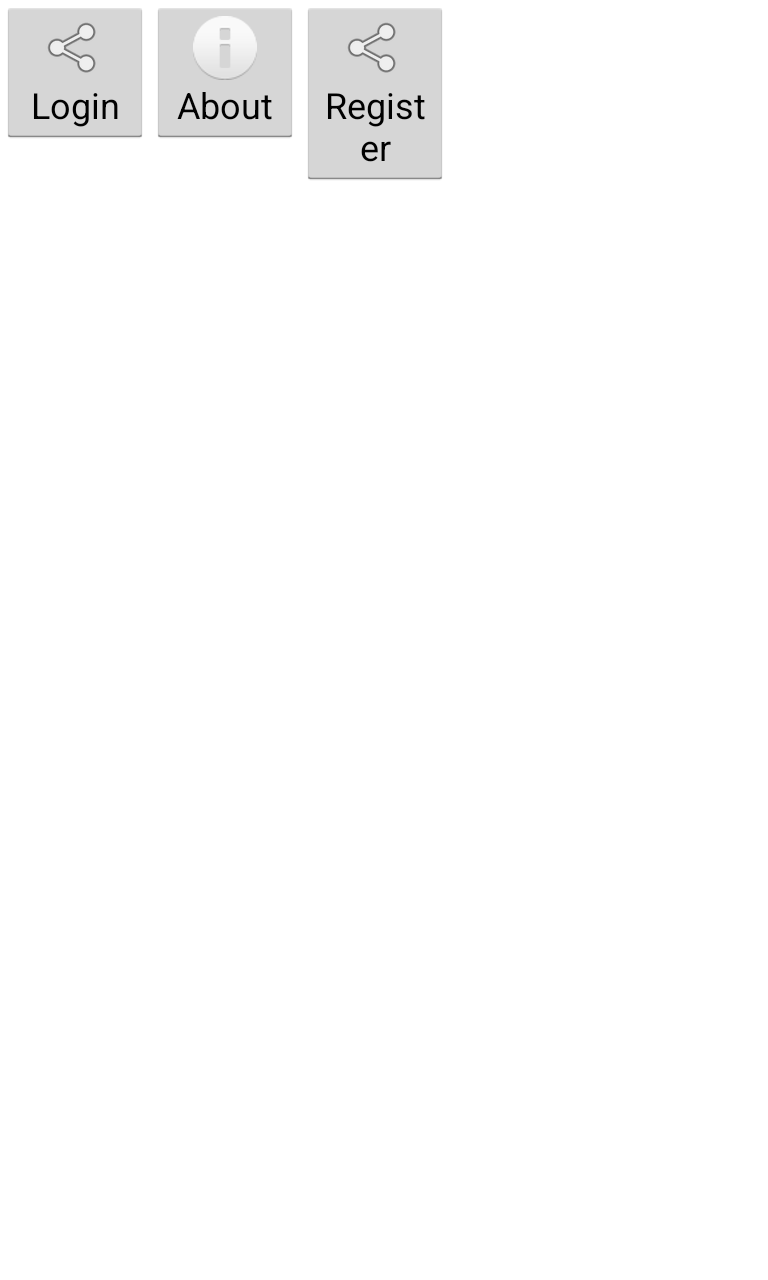
Repository: njiiriJohnii/Android-projects
Layout: basicfragments/res/layout/activity_main.xml
These files come from the project's save history. The layout is drawn as it stood at one moment and after the next save; the edit follows.
It is drawn on a 768 x 1280 px phone screen (xhdpi) without system bars, with theme AppTheme; the app's code is not run.

Above is the layout before, as saved 2014-06-16 19:23:39.

After the next save:
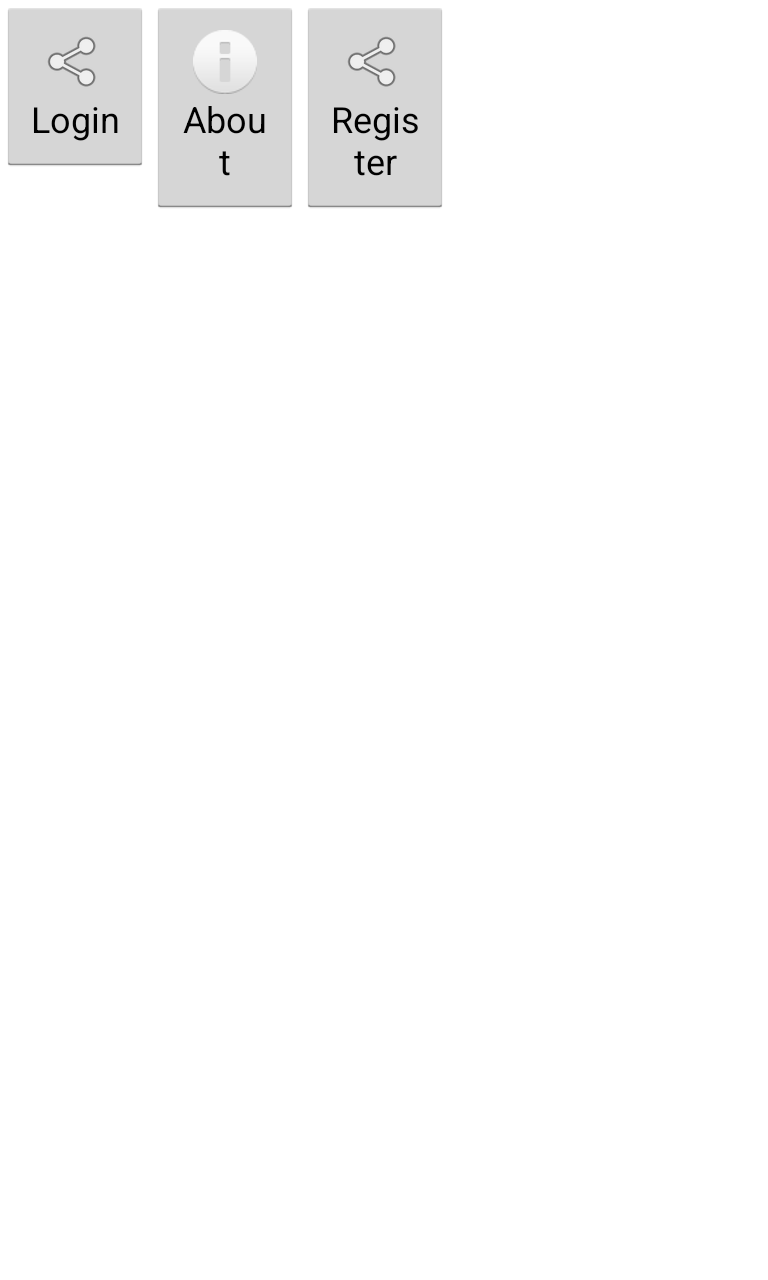
Saved 2 days later.
--- a/basicfragments/res/layout/activity_main.xml
+++ b/basicfragments/res/layout/activity_main.xml
@@ -7,6 +7,7 @@
     <Button
         android:id="@+id/btnlogin"
         android:layout_width="150px"
+        android:padding="15dip"
         android:layout_height="wrap_content"
         android:drawableTop="@android:drawable/ic_menu_share"
         android:onClick="clicked"
@@ -15,6 +16,7 @@
     <Button
         android:id="@+id/btnreg"
         android:layout_width="150px"
+        android:padding="15dip"
         android:layout_toRightOf="@+id/btninfo"
         android:layout_height="wrap_content"
         android:onClick="clicked"
@@ -37,6 +39,7 @@
         android:layout_width="150px"
         android:layout_height="wrap_content"
         android:layout_alignParentTop="true"
+        android:padding="15dip"
         android:layout_toRightOf="@+id/btnlogin"
         android:drawableTop="@android:drawable/ic_dialog_info"
         android:onClick="clicked"
